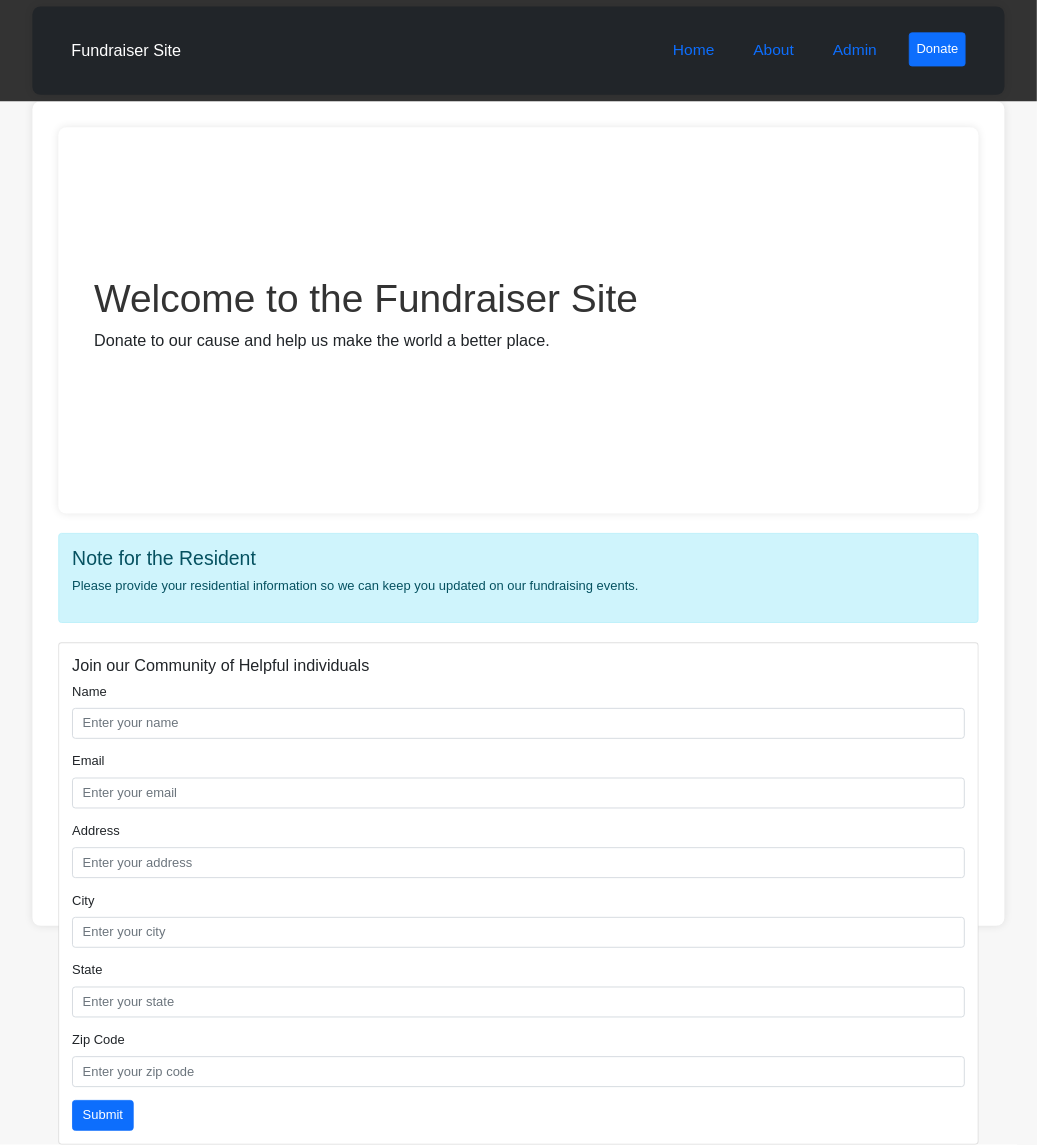
Repository: DragonFruit8/Fundraiser-Page
Page: /
An editor plug-in stored every save of this project. The page is shown before and after the next save, followed by the edit.
The browser window is 1280 px wide. The pictures show the whole page, at 81% of full size.
The project was rebuilt for these pictures with package versions that can differ from the ones it lists, and the page was loaded fresh each time. Also part of the build but not shown: src/pages/About.js, src/pages/Donate.js, src/pages/Admin.js.

Above is the page before, as saved 2024-07-19 14:09:14.

After the next save:
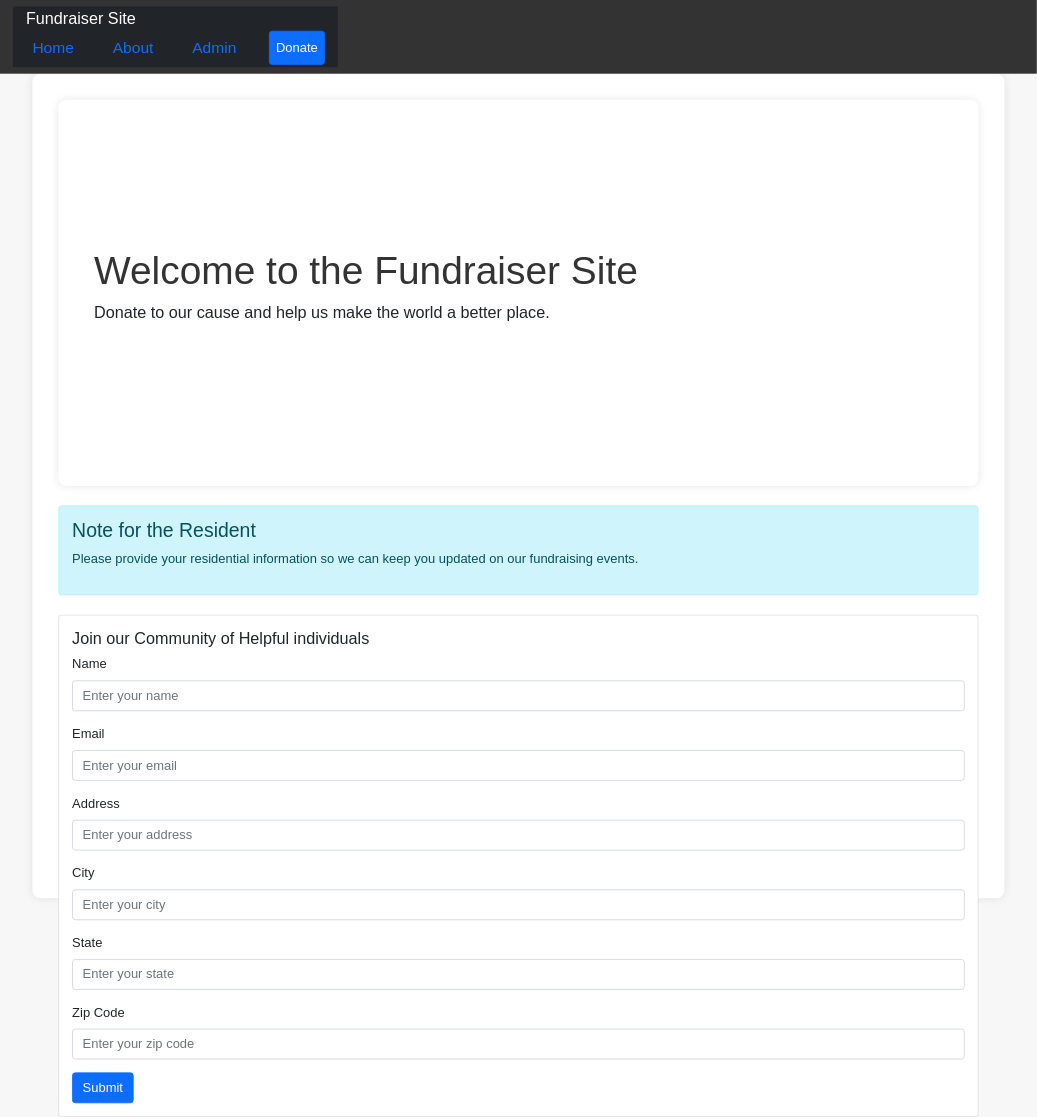
Saved 7 s later.
--- a/src/components/Navbar.js
+++ b/src/components/Navbar.js
@@ -4,7 +4,7 @@ import { Link } from 'react-router-dom';
 const Navbar = () => {
     return (
         <nav className="navbar navbar-expand-lg">
-            <div className="container bg-dark">
+            <div className="bg-dark">
                 <Link className="navbar-brand" to="/">Fundraiser Site</Link>
                 <button className="navbar-toggler" type="button" data-bs-toggle="collapse" data-bs-target="#navbarNav" aria-controls="navbarNav" aria-expanded="false" aria-label="Toggle navigation">
                     <span className="navbar-toggler-icon"></span>
